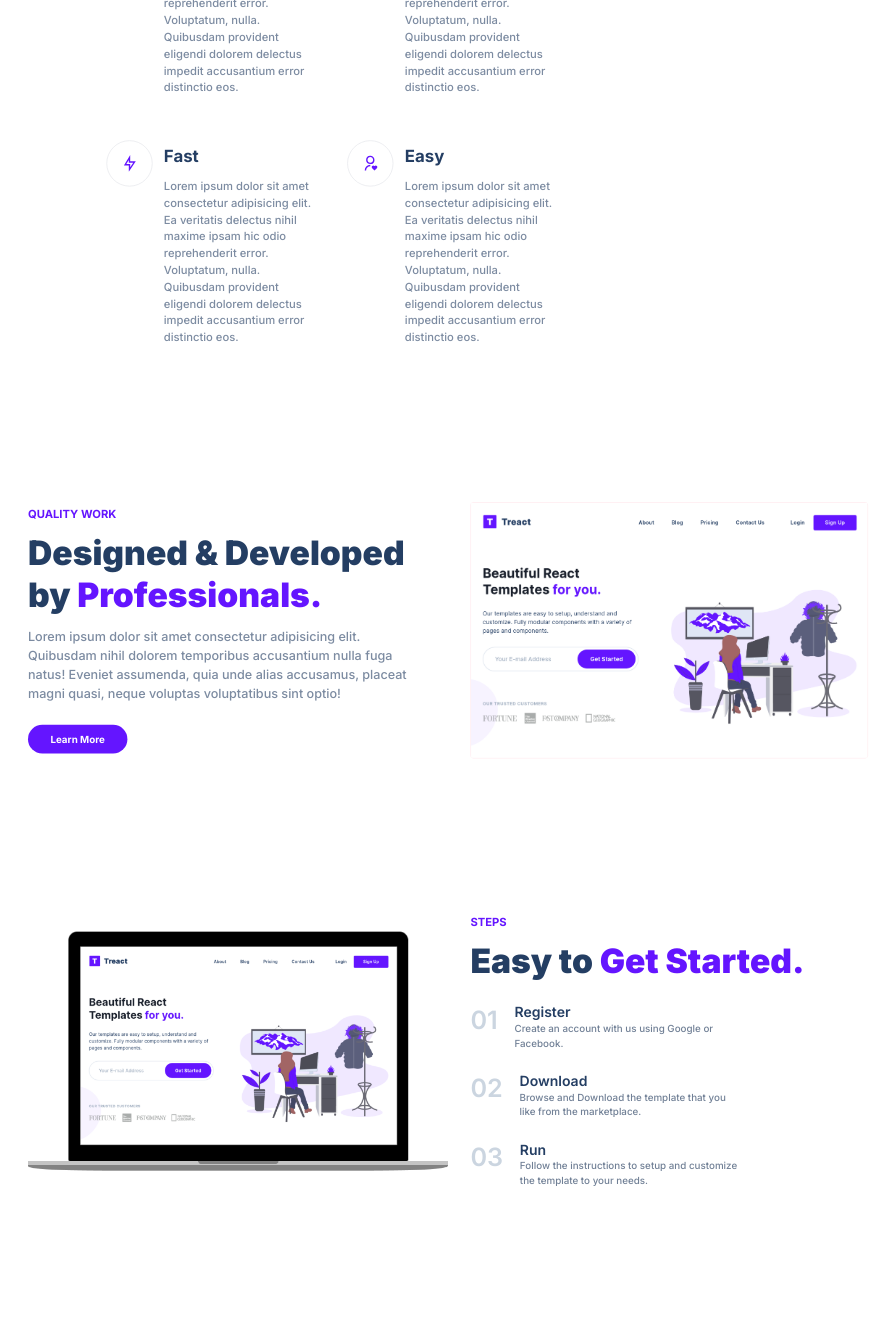
Repository: avivanguyen/m2_fianlProject
Page: index.html
An editor plug-in stored every save of this project. The page is shown before and after the next save, followed by the edit.
The browser window is 1280 px wide. The pictures show the part of the page from y = 1619 to 3539 px (the page is 3539 px tall), at 70% of full size.
Some web libraries are served in a nearby version.

Above is the page before, as saved 2025-12-09 02:56:58.

### index.html
<!DOCTYPE html>
<html lang="en">
<head>
    <meta charset="UTF-8">
    <meta name="viewport" content="width=device-width, initial-scale=1.0">
    <title>Styling Project</title>
    <link rel="stylesheet" href="styles.css">
    <script src="https://kit.fontawesome.com/2588cf0bac.js" crossorigin="anonymous"></script>
</head>
<body>
    <section id="landing">
        <nav>
            <div class="row nav__row">
                <div class="nav__logo">
                    <img src="./assets/logo.2c489fc453a1783cbadacf914efa3df6.svg" alt="logo" class="nav__logo--img">
                    <div class="nav__logo--title">
                        Treact
                    </div>
                </div>
                <div class="nav__links">
                    <a href="" class="nav__link">About</a>
                    <a href="" class="nav__link">Blog</a>
                    <a href="" class="nav__link">Pricing</a>
                    <a href="" class="nav__link">Contact Us</a>
                    <a href="" class="nav__link login">Login</a>
                    <a href="" class="nav__link nav__link--primary">Sign Up</a>
                </div>
            </div>
        </nav>

        <header class="container">
            <div class="row">
                <div class="header__description">
                    <h1>
                        Beautiful React Templates <span class="purple">for you.</span>
                    </h1>
                    <div class="header__description--para">
                        Our templates are easy to setup, understand and customize. Fully modular components with a variety of pages and components.
                    </div>
                    <div class="header__email">
                        <input type="text" class="header__email--input" placeholder="Your E-mail Address">
                        <button class="header__email--btn">Get Started</button>
                    </div>
                    <p class="header__customers--title">OUR TRUSTED CUSTOMERS</p>
                    <img src="./assets/customers-logo-strip.680ac7c2e8ae28161d2c.png" class="header__customers" alt="logos">
                </div>

                <figure class="header__img--wrapper">
                    <img src="./assets/design-illustration-2.6da6a00b20c07c4a9b65d1870679e1b8.svg" alt="hero image" class="header__img">
                </figure>
            </div>
        </header>
    </section>

    <main>
        <section id="features">
            <div class="container">
                <div class="row">
                    <h4 class="section__tag">FEATURES</h4>
                    <h2 class="section__title">
                        We Have Amazing <span class="purple">Service.</span>
                    </h2>
                    <div class="section__para">
                        Lorem ipsum dolor sit amet consectetur adipisicing elit. Maxime facilis assumenda architecto aliquam. Consequatur vero dolorum ut aspernatur quae beatae voluptates quam, nulla assumenda doloremque voluptatum laboriosam dolor unde rem.
                    </div>
                    <div class="features">
                        <div class="feature__row">
                            <figure class="feature__img--wrapper">
                                <img src="./assets/shield-icon.daefe14b320b14fbd9cbd18908ac93ec.svg" alt="" class="feature__img">
                            </figure>
                            <div class="feature__text">
                                <h2 class="feature__title">Secure</h2>
                                <p class="feature__para">
                                    Lorem ipsum dolor sit amet consectetur adipisicing elit. Ea veritatis delectus nihil maxime ipsam hic odio reprehenderit error. Voluptatum, nulla. Quibusdam provident eligendi dolorem delectus impedit accusantium error distinctio eos.
                                </p>
                            </div>
                        </div>
                        <div class="feature__row">
                            <figure class="feature__img--wrapper">
                                <img src="./assets/support-icon.f9253ffa8cb6ffde5bbaa05eb5136375.svg" alt="" class="feature__img">
                            </figure>
                            <div class="feature__text">
                                <h2 class="feature__title">24/7 Support</h2>
                                <p class="feature__para">
                                    Lorem ipsum dolor sit amet consectetur adipisicing elit. Ea veritatis delectus nihil maxime ipsam hic odio reprehenderit error. Voluptatum, nulla. Quibusdam provident eligendi dolorem delectus impedit accusantium error distinctio eos.
                                </p>
                            </div>
                        </div>
                        <div class="feature__row">
                            <figure class="feature__img--wrapper">
                                <img src="./assets/customize-icon.367468c90fd796009b97fbfba67b2c6a.svg" alt="" class="feature__img">
                            </figure>
                            <div class="feature__text">
                                <h2 class="feature__title">Customizable</h2>
                                <p class="feature__para">
                                    Lorem ipsum dolor sit amet consectetur adipisicing elit. Ea veritatis delectus nihil maxime ipsam hic odio reprehenderit error. Voluptatum, nulla. Quibusdam provident eligendi dolorem delectus impedit accusantium error distinctio eos.
                                </p>
                            </div>
                        </div>
                        <div class="feature__row">
                            <figure class="feature__img--wrapper">
                                <img src="./assets/reliable-icon.1367510a8f0a1bec76dc425d25f92f43.svg" alt="" class="feature__img">
                            </figure>
                            <div class="feature__text">
                                <h2 class="feature__title">Reliable</h2>
                                <p class="feature__para">
                                    Lorem ipsum dolor sit amet consectetur adipisicing elit. Ea veritatis delectus nihil maxime ipsam hic odio reprehenderit error. Voluptatum, nulla. Quibusdam provident eligendi dolorem delectus impedit accusantium error distinctio eos.
                                </p>
                            </div>
                        </div>
                        <div class="feature__row">
                            <figure class="feature__img--wrapper">
                                <img src="./assets/fast-icon.dbb971a73d4805d2fc3bcdacdb55beba.svg" alt="" class="feature__img">
                            </figure>
                            <div class="feature__text">
                                <h2 class="feature__title">Fast</h2>
                                <p class="feature__para">
                                    Lorem ipsum dolor sit amet consectetur adipisicing elit. Ea veritatis delectus nihil maxime ipsam hic odio reprehenderit error. Voluptatum, nulla. Quibusdam provident eligendi dolorem delectus impedit accusantium error distinctio eos.
                                </p>
                            </div>
                        </div>
                        <div class="feature__row">
                            <figure class="feature__img--wrapper">
                                <img src="./assets/simple-icon.673b7e1750b2a4ef32907fc164828d00.svg" alt="" class="feature__img">
                            </figure>
                            <div class="feature__text">
                                <h2 class="feature__title">Easy</h2>
                                <p class="feature__para">
                                    Lorem ipsum dolor sit amet consectetur adipisicing elit. Ea veritatis delectus nihil maxime ipsam hic odio reprehenderit error. Voluptatum, nulla. Quibusdam provident eligendi dolorem delectus impedit accusantium error distinctio eos.
                                </p>
                            </div>
                        </div>
                    </div>
                </div>
            </div>
        </section>

        <section id="quality">
            <div class="container">
                <div class="row">
                    <div class="quality__description">
                        <div class="section__tag">QUALITY WORK</div>
                        <h2 class="section__title">Designed & Developed by <span class="purple">Professionals.</span> </h2>
                        <p class="section__para">
                            Lorem ipsum dolor sit amet consectetur adipisicing elit. Quibusdam nihil dolorem temporibus accusantium nulla fuga natus! Eveniet assumenda, quia unde alias accusamus, placeat magni quasi, neque voluptas voluptatibus sint optio!
                        </p>
                        <button class="btn">Learn More</button>
                    </div>
                    <figure class="quality__img--wrapper">
                        <img src="./assets/hero-screenshot-1.40a097b525c2f8c9808e.png" class="quality__img" alt="">
                    </figure>
                </div>
            </div>
        </section>

        <section id="steps">
            <div class="container">
                <div class="row">
                    <figure class="steps__img--wrapper">
                        <img src="./assets/hero-screenshot-2.241aac1fbc66db29d873.png" class="steps__img" alt="">
                    </figure>
                    <div class="steps__description">
                        <div class="section__tag">STEPS</div>
                        <h2 class="section__title">Easy to <span class="purple">Get Started.</span> </h2>
                        <div class="steps__list">
                            <div class="step">
                                <div class="step__number">01</div>
                                <div class="step__description">
                                    <div class="step__title">Register</div>
                                    <div class="step__para">Create an account with us using Google or Facebook.</div>
                                </div>
                            </div>
                            <div class="step">
                                <div class="step__number">02</div>
                                <div class="step__description">
                                    <div class="step__title">Download</div>
                                    <div class="step__para">Browse and Download the template that you like from the marketplace.</div>
                                </div>
                            </div>
                            <div class="step">
                                <div class="step__number">03</div>
                                <div class="step__description">
                                    <div class="step__title">Run</div>
                                    <div class="step__para">Follow the instructions to setup and customize the template to your needs.</div>
                                </div>
                            </div>
                        </div>
                    </div>
                </div>
            </div>
        </section>
    </main>
</body>
</html>

### styles.css
@import url('https://fonts.googleapis.com/css2?family=Inter:ital,opsz,wght@0,14..32,100..900;1,14..32,100..900&display=swap');
*{
    padding: 0;
    margin: 0;
    font-family: "Inter", sans-serif;
    color: #243e63;
    box-sizing: border-box;
}

section {
    padding: 0 32px;
}

a {
    text-decoration: none;
}

.row {
    max-width: 1200px;
    margin: 0 auto;
    width: 100%;
}

.purple {
    color: #6415ff;
}

p {
    line-height: 1.5;
}

button {
    cursor: pointer;
}

.btn {
    background-color: #6415ff;
    color: white;
    padding: 12px 32px;
    border-radius: 500px;
    border: none;
    font-size: 14px;
    font-weight: bold;
    cursor: pointer;
}

img {
    width: 100%;
}

.container {
    padding: 96px 0;
}

.section__para {
    color: #7c8ba1;
    font-size: 18px;
    font-weight: 500;
    line-height: 1.5;
}

/*
Navigation styling
*/

nav {
    display: flex;
    padding-top: 32px;
}

.nav__row {
    display: flex;
    justify-content: space-between;
}

.nav__logo {
    display: flex;
    align-items: center;
    margin: 8px 0;
    padding-bottom: 4px;
}

.nav__logo--img {
    width: 40px;
}

.nav__logo--title {
    font-size: 20px;
    font-weight: 900;
    margin-left: 12px;
    padding-bottom: 2px;
}

.nav__links {
    display: flex;
    align-items: center;
    padding-bottom: 2px;
}

.nav__link {
    font-size: 14px;
    font-weight: 600;
    padding-top: 4px;
    border-bottom: 2px solid transparent;
    position: relative;
    margin: 0 24px;
}

.login {
    margin-left: 48px;
}

.nav__link--primary {
    background-color: #6415ff;
    color: white;
    margin: 0;
    margin-top: 2px;
    padding: 10px 20px;
    border-radius: 9999px;
    border: none;
    width: auto;
}

/*
Header styling
*/

header {
    position: relative;
}

header .row {
    display: flex;
    justify-content: space-between;
    align-items: flex-end;
}

.header__description {
    width: 40%;
}

h1 {
    color: #1a202c;
    font-size: 36px;
    line-height: 1.25;
}

.header__description--para {
    font-size: 16px;
    margin: 32px 0;
}

.header__email {
    display: flex;
    justify-content: flex-end;
    align-items: center;
    width: 100%;
    max-width: 448px;
    height: 68px;
    position: relative;
}

.header__email--input {
    color: rgb(36, 62, 99);
    width: 100%;
    padding: 20px 192px 20px 32px;
    border-radius: 500px;
    border: 2px solid rgb(299, 231, 235);
    font-size: 16px;
    font-weight: 500;
    position: absolute;
    z-index: 1;
}

.header__email--btn {
    background-color: #6415ff;
    color: white;
    width: 160px;
    height: calc(100% - 16px);
    margin: 8px;
    border-radius: 500px;
    border: none;
    font-size: 16px;
    font-weight: 700;
    z-index: 2;
}

.header__customers {
    padding-right: 64px;
    margin-top: 16px;
    opacity: 0.5;
}

.header__customers--title {
    color: #a0aec0;
    font-size: 12px;
    font-weight: 700;
    margin-top: 80px;
}

.header__img--wrapper {
    display: flex;
    justify-content: flex-end;
    width: calc(100% - 40%);
}

.header__img {
    width: 100%;
    max-width: 512px;
}

/*
Features styling
*/

#features {
    position: relative;
}

.container {
    padding: 96px 0;
}

#features .row {
    width: 100%;
    max-width: 1024px;
    margin: 0 auto;
    display: flex;
    flex-direction: column;
    align-items: center;
}

.section__tag {
    color: #6415ff;
    font-size: 16px;
    font-weight: 700;
}

.section__title {
    color: rgb(36, 62, 99);
    margin: 16px 0;
    text-align: center;
    font-size: 48px;
    font-weight: 900;
}

#features .section__para {
    text-align: center;
    max-width: 576px;
}

.features {
    display: flex;
    flex-wrap: wrap;
    margin-top: 40px;
}

.feature {
    width: calc(100% / 3);
}

.feature__row {
    display: flex;
    align-items: flex-start;
    padding: 32px 24px;
}

.feature__img--wrapper {
    display: flex;
    padding: 20px;
    border: 1px solid #e5e7eb;
    border-radius: 50%;
}

.feature__img {
    width: 24px;
    height: 24px;
}

.feature__text {
    margin-top: 8px;
    margin-left: 16px;
    display: flex;
    flex-direction: column;
}

.feature__para {
    color: rgb(124, 139, 161);
    margin-top: 16px;
    font-size: 16px;
    max-width: calc(643px / 3);
    font-weight: 500;
    line-height: 1.5;
}

main {
    margin-bottom: 96px;
}

/*
Quality styling
*/

#quality .row {
    display: flex;
    justify-content: space-between;
    align-items: center;
}

.quality__description {
    max-width: 570px;
    margin-right: 64px;
}

.quality__description,
.quality__img--wrapper {
    width: 50%;
}

#quality .section__title {
    line-height: 1.25;
    text-align: left;
}

#quality .btn {
    margin-top: 32px; /*space between the button and para*/
}

.quality__img--wrapper {
    display: flex;
    border: 1px solid rgb(299, 231, 235);
    border-radius: 4px;
    position: relative;
}

/*
Steps styling
*/
#steps .row {
    display: flex;
    justify-content: space-between;
    align-items: center;
}

.steps__img--wrapper {
    display: flex;
    width: 50%;
    position: relative;
}

.steps__img {
    width: 100%;
    z-index: 2;
}

.steps__description {
    width: 50%;
    padding: 32px 0;
    padding-left: 32px;
}

.step {
    display: flex;
    align-items: flex-start;
    margin-top: 32px;
}

.step__number {
    color: #cbd5e0;
    font-size: 36px;
    font-weight: 600;
}

.step__description {
    display: flex;
    flex-direction: column;
    max-width: 320px;
    margin-left: 24px;
}

.step__title {
    color: #243e63;
    font-size: 20px;
    font-weight: 600;
    text-align: left;
}

.step__para {
    color: #718096;
    font-size: 14px;
    font-weight: 500;
    line-height: 1.5;
}

.steps__description .section__title {
    text-align: left;
}

After the next save:
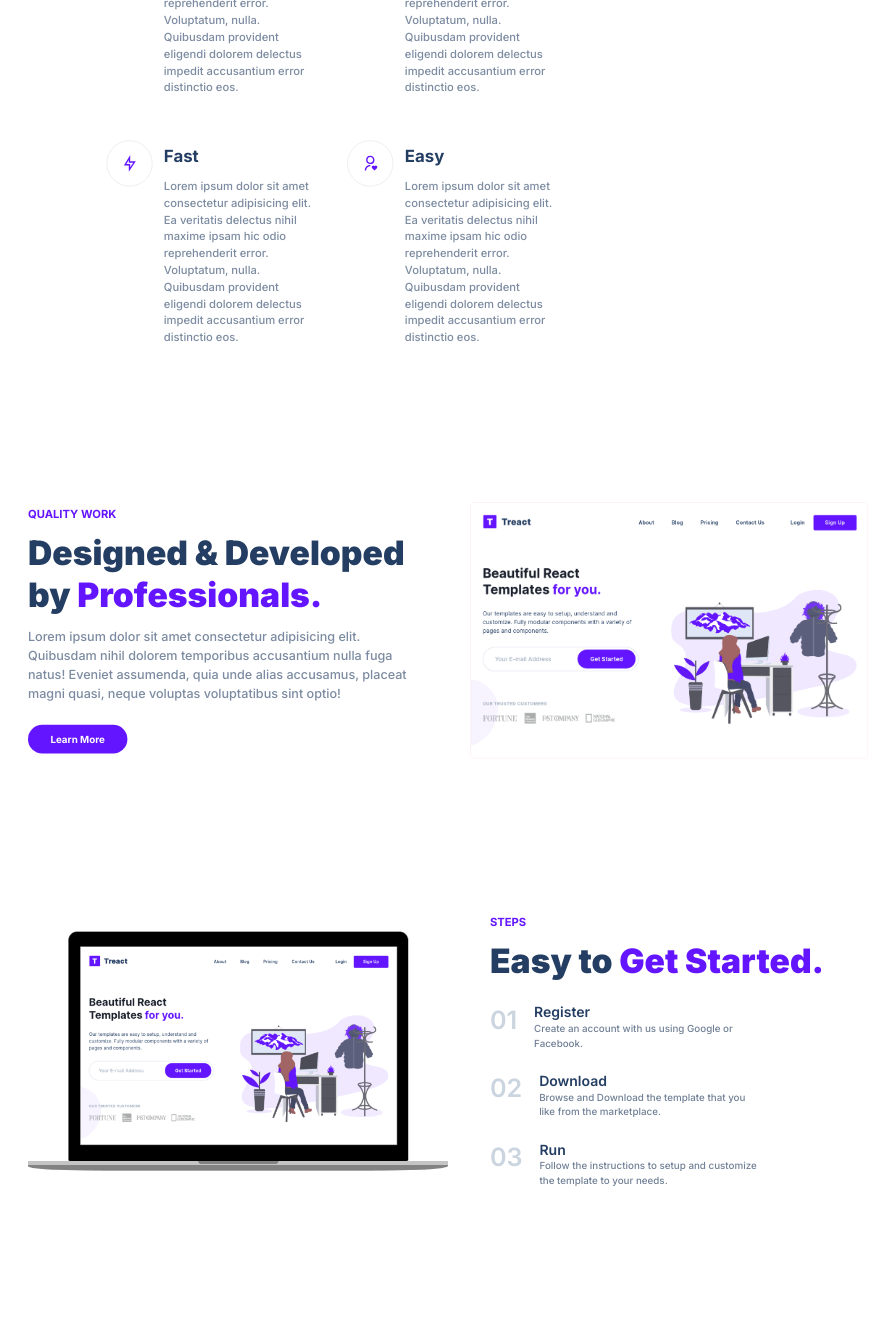
Saved 5 min 10 s later.
--- a/styles.css
+++ b/styles.css
@@ -356,7 +356,7 @@ Steps styling
 .steps__description {
     width: 50%;
     padding: 32px 0;
-    padding-left: 32px;
+    padding-left: 60px;
 }
 
 .step {
